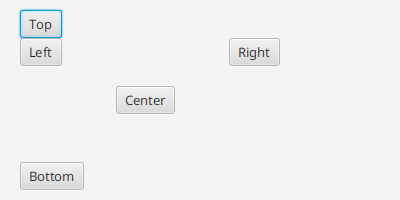
Repository: Tomcat-Seaotter/Java
Program's window: java code14/Lesson41/src/application/Lesson42.java
The author's editor kept a copy of each file at every save. The program's window is drawn from the files as they stood at one save, then again after the next save.
It runs on Java 21 on a 1366 x 768 screen with JavaFX 11; the title bar is not drawn.

Above is the program's window before, as saved 2018-12-21 23:12:19.

After the next save:
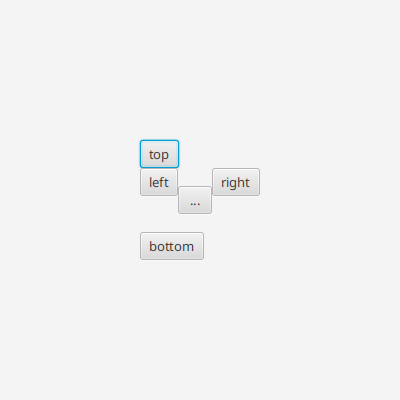
Saved 96 s later.
--- a/code14/Lesson41/src/application/Lesson42.java
+++ b/code14/Lesson41/src/application/Lesson42.java
@@ -14,28 +14,17 @@
 	@Override
 	public void start(Stage stage) throws Exception {
 		// TODO Auto-generated method stub
-	    stage.setTitle("BorderPane Test");
-	    BorderPane bp = new BorderPane();
-	    bp.setPadding(new Insets(10, 20, 10, 20));
-
-	    Button btnTop = new Button("Top");
-	    bp.setTop(btnTop);
-
-	    Button btnLeft = new Button("Left");
-	    bp.setLeft(btnLeft);
-
-	    Button btnCenter = new Button("Center");
-	    bp.setCenter(btnCenter);
-
-	    Button btnRight = new Button("Right");
-	    bp.setRight(btnRight);
-
-	    Button btnBottom = new Button("Bottom");
-	    bp.setBottom(btnBottom);
-
-	    Scene scene = new Scene(bp, 300, 200);
-	    stage.setScene(scene);
-	    stage.show();
+		BorderPane pane1 = new BorderPane();
+		pane1.setPadding(new Insets(140,140,140,140));
+		pane1.setTop(new Button("top"));
+		pane1.setLeft(new Button("left"));
+		pane1.setCenter(new Button("center"));
+		pane1.setRight(new Button("right"));
+		pane1.setBottom(new Button("bottom"));
+		Scene scene1 = new Scene(pane1,400,400);
+		stage.setTitle("BorderPane");
+		stage.setScene(scene1);
+		stage.show();
 	}
 
 	public static void main(String[] args) {
